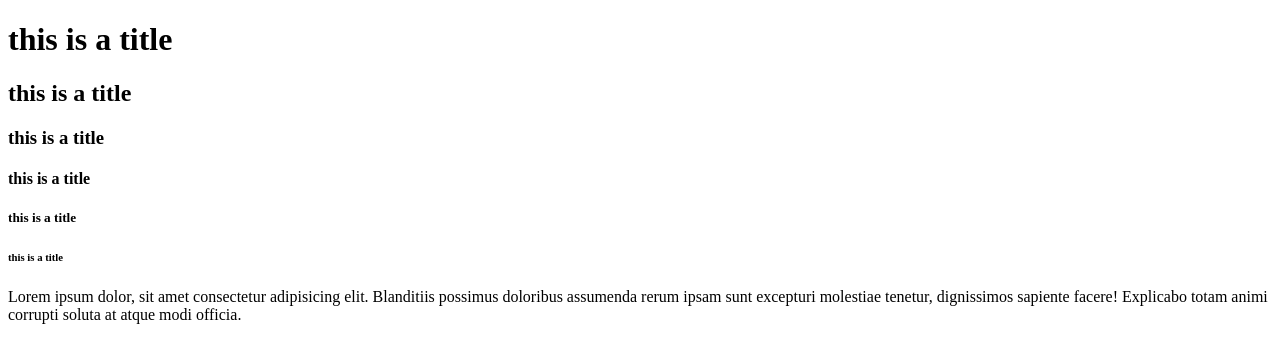
Repository: KelaiAffaf/luffy-courses
Page: index.html
The author's editor kept a copy of each file at every save. The page is drawn from the files as they stood at one save, then again after a run of saves.
The browser window is 1280 px wide. The pictures show the whole page.

Above is the page before, as saved 2024-01-03 14:36:28.

After the next 4 saves:
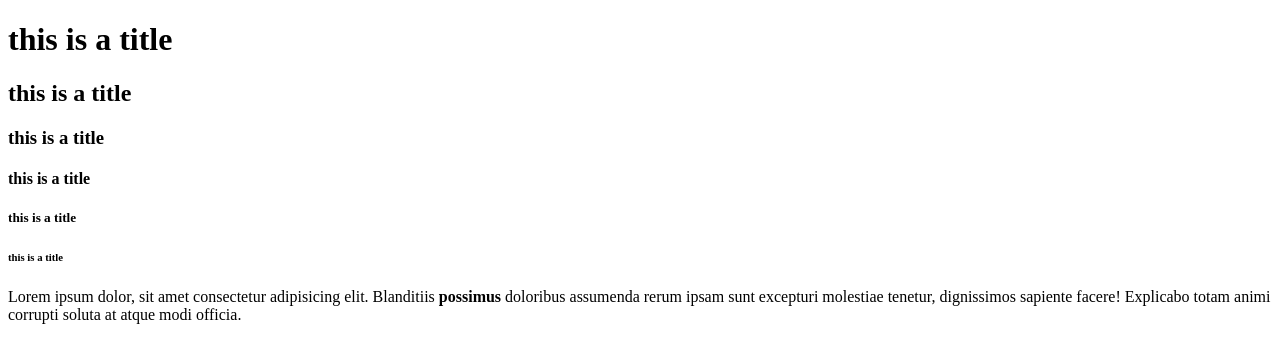
The 4 saves are shown as one change because they came seconds apart.
The last was saved 13 s later.
--- a/index.html
+++ b/index.html
@@ -22,7 +22,7 @@
     <!-- Paragraphs -->
 
     <p>Lorem ipsum dolor, sit amet consectetur adipisicing elit.
-        Blanditiis possimus doloribus assumenda rerum ipsam sunt
+        Blanditiis <b>possimus</b> doloribus assumenda rerum ipsam sunt
         excepturi molestiae tenetur, dignissimos sapiente facere!
         Explicabo totam animi corrupti soluta at atque modi officia.</p>
 
